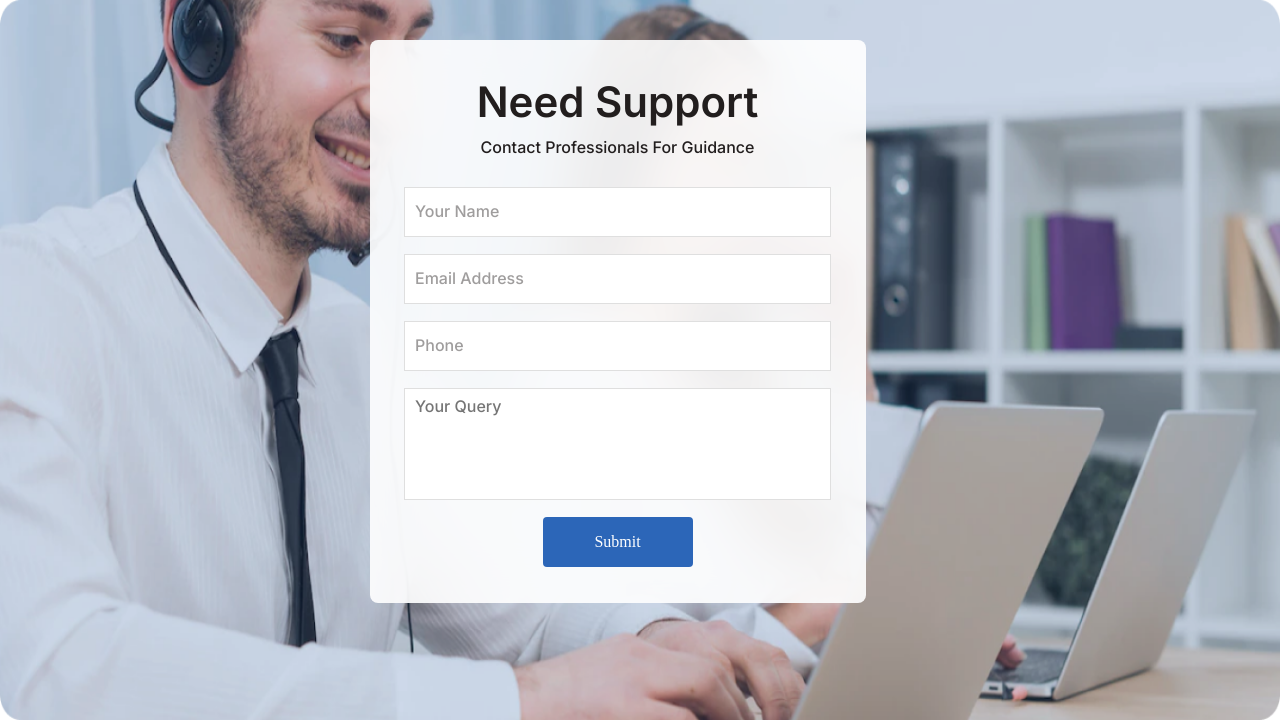
Repository: FaridRustamov09/Final-Task
Page: Pages/supportPage/index.html
These files come from the project's save history. The page is drawn as it stood at one moment and after the next save; the edit follows.
The browser window is 1280 px wide. The pictures show the whole page.
The style sheet was rebuilt from its Sass, Less or Tailwind sources for each picture, by a compiler version that may differ from the author's.

Above is the page before, as saved 2024-07-14 20:45:29.

### Pages/supportPage/index.html
<!DOCTYPE html>
<html lang="en">
  <head>
    <meta charset="UTF-8" />
    <meta name="viewport" content="width=device-width, initial-scale=1.0" />
    <title>Document</title>
    <link rel="stylesheet" href="index.css" />
  </head>
  <body>
    <div class="container5">
      <div class="support">
        <form action="">
          <b>Need Support</b>
          <p>Contact professionals for guidance</p>
          <input placeholder="Your Name" type="text" />
          <input placeholder="Email Address" type="email" />
          <input placeholder="Phone" type="number" />
          <textarea placeholder="Your Query" name="" id=""></textarea>
          <button type="submit">Submit</button>
        </form>
      </div>
    </div>
  </body>
</html>

### Pages/supportPage/index.scss
@import url("https://fonts.googleapis.com/css2?family=Inter:wght@100..900&display=swap");
* {
  margin: 0;
  padding: 0;
  box-sizing: border-box;
}
.container5 {
  width: 100%;
  background-image: url(../../images/Rectangle\ 39.png);
  background-repeat: no-repeat;
  background-size: 100% 100%;
  min-height: 100vh;
  .support {
    margin-left: auto;
    margin-right: 45px;
    padding-top: 40px;
    display: flex;
    flex-direction: column;
    align-items: center;
    justify-content: center;
    form {
      width: 496px;
      height: 563px;
      border-radius: 8px;
      background: rgba(255, 255, 255, 0.9);
      backdrop-filter: blur(25px);
      display: flex;
      flex-direction: column;
      align-items: center;
      justify-content: center;
      b {
        color: var(--black, #221e1e);
        font-family: Inter;
        font-size: 42px;
        font-style: normal;
        font-weight: 600;
        line-height: normal;
        margin-bottom: 10px;
      }
      p {
        color: var(--black, #221e1e);
        text-align: center;
        font-family: Inter;
        font-size: 16px;
        font-style: normal;
        font-weight: 500;
        line-height: normal;
        text-transform: capitalize;
        margin-bottom: 30px;
      }
      input {
        width: 427px;
        height: 50px;
        border: 1px solid #dfdfdf;
        padding: 7px 10px;
        outline: none;
        margin-bottom: 17px;
        &::placeholder {
          color: #9f9d9d;
          font-family: Inter;
          font-size: 16px;
          font-style: normal;
          font-weight: 500;
          line-height: normal;
          text-transform: capitalize;
        }
      }
      textarea {
        width: 427px;
        height: 112px;
        border: 1px solid #dfdfdf;
        resize: none;
        outline: none;
        padding: 7px 10px;
        margin-bottom: 17px;
        color: #9f9d9d;
        font-family: Inter;
        font-size: 16px;
        font-style: normal;
        font-weight: 500;
        line-height: normal;
        text-transform: capitalize;
      }
      button {
        width: 150px;
        height: 50px;
        background-color: #2c66b8;
        border: none;
        border-radius: 4px;
        color: #fff;
        font-family: Poppins;
        font-size: 16px;
        font-style: normal;
        font-weight: 500;
        line-height: normal;
        text-transform: capitalize;
      }
    }
  }
}

After the next save:
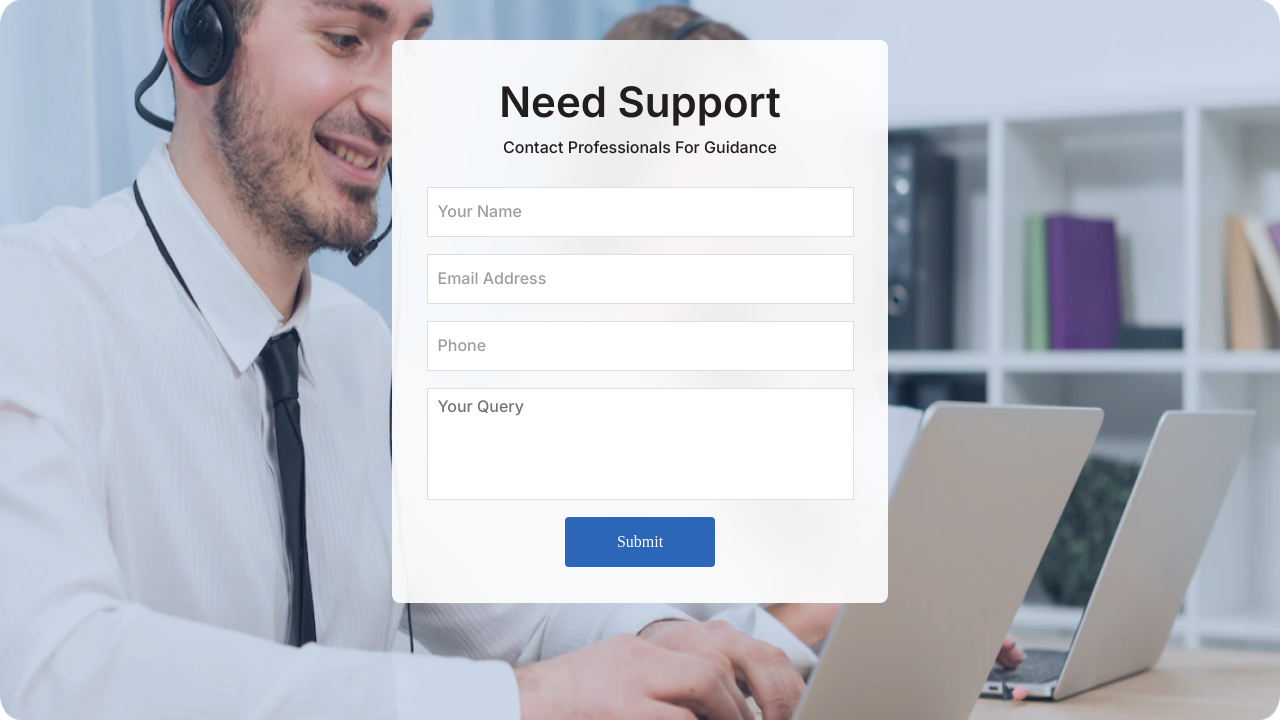
Saved 12 s later.
--- a/Pages/supportPage/index.scss
+++ b/Pages/supportPage/index.scss
@@ -12,7 +12,7 @@
   min-height: 100vh;
   .support {
     margin-left: auto;
-    margin-right: 45px;
+    /* margin-right: 45px; */
     padding-top: 40px;
     display: flex;
     flex-direction: column;

After the 2 saves that followed:
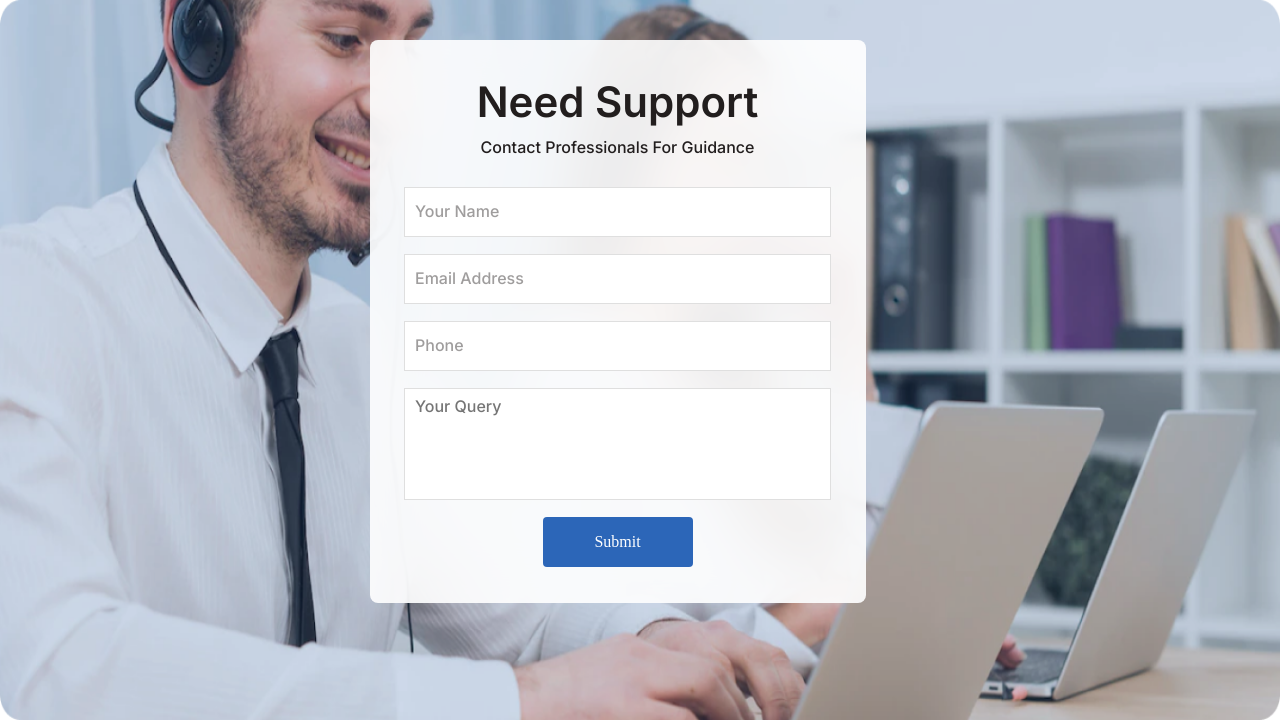
The 2 saves are shown as one change because they came seconds apart.
The last was saved 7 s later.
--- a/Pages/supportPage/index.scss
+++ b/Pages/supportPage/index.scss
@@ -6,6 +6,7 @@
 }
 .container5 {
   width: 100%;
+  padding-right: 45px;
   background-image: url(../../images/Rectangle\ 39.png);
   background-repeat: no-repeat;
   background-size: 100% 100%;
